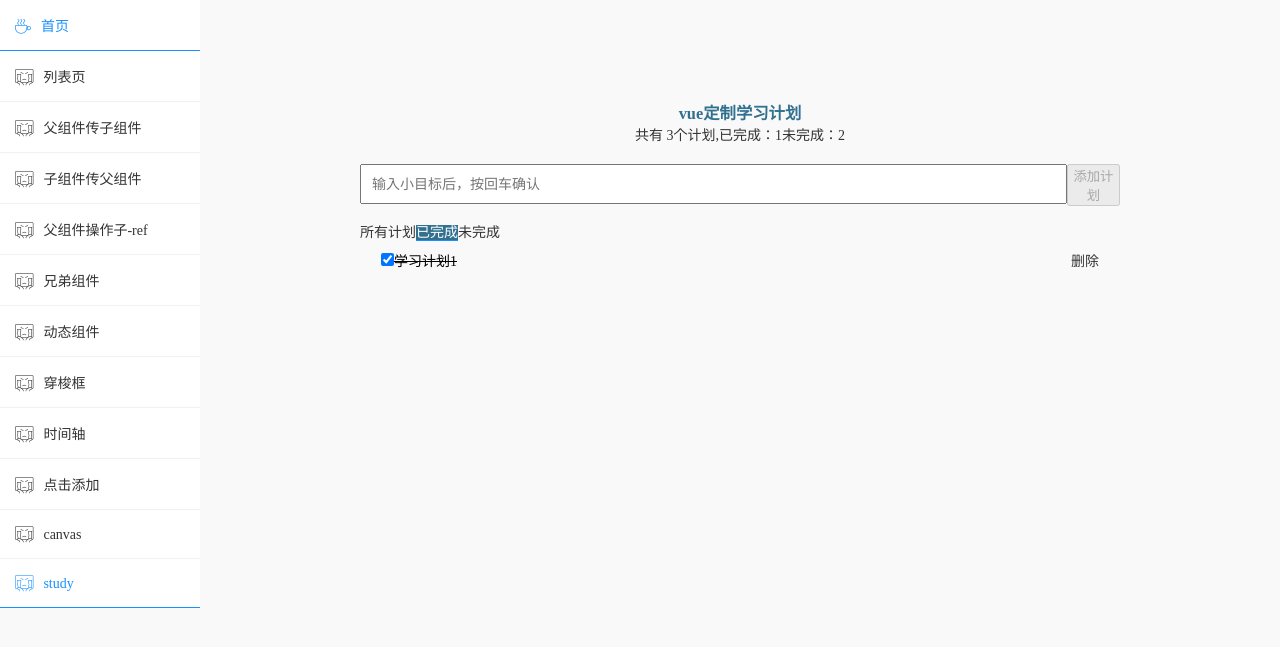
Repository: Serendipity-Zhang/vue-cli4
Page: /study
These files come from the project's save history. The page is drawn as it stood at one moment and after the next save; the edit follows.
The browser window is 1280 px wide. The pictures show the whole page.
The project was rebuilt for these pictures with package versions that can differ from the ones it lists, and the page was loaded fresh each time. Also part of the build but not shown: vue.config.js, src/views/Nav.vue, src/router/routes.js, src/layout/components/Nav.vue.

Above is the page before, as saved 2020-05-24 14:55:10.

### src/App.vue
<template>
  <div id="app">
    <!-- 左侧内容 -->
    <!-- <Nav /> -->
    <!-- 右侧内容 -->
    <!-- <div> -->
      <!-- 展示的出口 -->
      <!-- $route.meta.keepAlive 通过路由meta 为true的值 进行缓存 -->
      <!-- <keep-alive v-if="$route.meta.keepAlive">   -->
        <!-- 匹配路由缓存 -->
         <router-view />
      <!-- </keep-alive> -->

    <!-- </div> -->
  </div>
</template>

<script>
import Nav from './views/Nav.vue'; //导入

export default {
  name: 'App',
  data(){
    return {

    }
  },
  method:{

  },
  components:{  //组件
    Nav
  }

}
</script>

<style>
 @import './assets/css/index.css';
 #app {
   height:100%;
 }

</style>

### src/assets/css/index.css
* {
    padding: 0px;
    margin: 0px;
}
ul {
    list-style-type: none;
}

a {
    color: #333;
    text-decoration: none;
}
body {
    font-size: 14px;
    background-color: #f9f9f9;
}
body,html{
    width:100%;
    height:100%;
}
.tree {
    width: 200px;
    height: 100%;
    background: #fff;
    float: left;
}
.tree> ul {
    height: 100%;
}
.p_title {
    color: #333;
    display: block;
    padding: 15px;
    cursor:pointer;
    border-bottom: 1px solid #f1f1f1;
}
.selected {
    color: #1890ff;
    border-bottom: 1px solid #1890ff;
}
.p_title> i{
    padding-right:10px;
}
.p_title b{
    float: right;
    transition:all ease 1s;
    -webkit-transition:all ease 1s;
    -o-transition:all ease 1s;
    -moz-transition:all ease 1s;
    -ms-transition:all ease 1s;
}
.up {
    transform:rotate(0deg);
}
.down {
    transform:rotate(180deg);
}
.p_title:hover {
    color: #1890ff;
    border-bottom: 1px solid #1890ff;
}

.c_item a {
    display: block;
    padding: 10px 20px 10px 40px;
    background: #fff;
    color: #333;
    cursor:pointer;
}

.c_item a:hover {
    color: #1890ff;
    background: #e6f7ff;
    border-right: 4px solid #1890ff;
}

.banner {
    position: relative;
    float:left;
}
.banner .banner-circle {
    position: absolute;
    bottom: 5px;
    left: 0;
    right: 0;
    color: #fff;
}
.banner .banner-circle li{
    display:inline-block;
    background: rgba(0,0,0,.3);
    border-radius: 50%;
    padding:5px;
    margin:2px;
}
.banner .banner-circle ul {
    text-align: center;
}
.banner .banner-circle .selected {
    background: rgba(0,0,0,.8);
}
.banner img {
    max-width: 100%;
    margin: 0;
    padding: 0;
}

### src/layout/index.vue
<template>
  <div>
      <el-container>
        <el-aside width="200px">
            <!-- 左侧导航 -->
            <Sidebar />
        </el-aside>
        <el-container>
            <el-header>
                <!-- 面包屑 -->
                <!-- <Nav /> -->
            </el-header>
            <el-main>
                <!-- 右侧主内容 -->
                <Main />
            </el-main>
        </el-container>
    </el-container>
  </div>
</template>

<script>
import {Sidebar,Nav,Main} from './components'
// import Sidebar from './components/Sidebar';
// import Nav from './components/Nav';
// import Main from './components/Main';

export default {
  data () {
    return {

    }
  },
  components:{
      Sidebar,
      Nav,
      Main
  }
}
</script>

<!-- Add "scoped" attribute to limit CSS to this component only -->
<style  lang="scss">

// .el-header, .el-footer {
//     background-color: #B3C0D1;
//     color: #333;
//     text-align: center;
//     line-height: 60px;
//   }

//   .el-aside {
//     background-color: #D3DCE6;
//     color: #333;
//     text-align: center;
//     line-height: 200px;
//   }

//   .el-main {
//     background-color: #E9EEF3;
//     color: #333;
//     text-align: center;
//     line-height: 160px;
//   }

//   body > .el-container {
//     margin-bottom: 40px;
//   }

//   .el-container:nth-child(5) .el-aside,
//   .el-container:nth-child(6) .el-aside {
//     line-height: 260px;
//   }

//   .el-container:nth-child(7) .el-aside {
//     line-height: 320px;
//   }
</style>

### src/views/study/index.vue
<!-- 组件说明 -->
<template>
  <div class="main">
    <div class="panel panel-info" style="margin:20px;">
      <!-- 头部 text-->
      <div class="panel-heading">
        <h1>vue定制学习计划</h1>
        <div>
          <a
            >共有 <span class="badge">{{ items.length }}</span
            >个计划,</a
          >
          <a
            >已完成：<span class="badge">{{ completed }}</span></a
          >
          <a
            >未完成：<span class="badge">{{
              items.length - completed
            }}</span></a
          >
        </div>
      </div>
      <!-- 内容 -->
      <div class="panel-body">
        <div
          class="input-group"
          style="display:flex;
    justify-content: space-between;"
        >
          <input
            type="text"
            class="form-control text-keyword"
            placeholder="输入小目标后，按回车确认"
            v-model="input"
          />
          <span class="input-group-btn">
            <button class="btn btn-primary" @click="add()" :disabled="!input">
              添加计划
            </button>
          </span>
        </div>
        <div class="btn-group btn-group-justified">
          <a
            class="btn btn-default"
            :class="cur == 1 ? 'selected' : ''"
            @click="filterItem(1)"
            >所有计划</a
          >
          <a
            class="btn btn-default"
            :class="cur == 2 ? 'selected' : ''"
            @click="filterItem(2)"
            >已完成</a
          >
          <a
            class="btn btn-default"
            :class="cur == 3 ? 'selected' : ''"
            @click="filterItem(3)"
            >未完成</a
          >
        </div>

        <ul class="list-group">
          <li class="list-group-item" v-for="(v, i) in newItems" :key="i">
            <input type="checkbox" v-model="v.check" />
            <span :class="v.check ? 'line-through' : ''">{{ v.name }}</span>
            <a class="badge" @click="del(v)">删除</a>
          </li>
        </ul>
      </div>
    </div>
  </div>
</template>

<script>
//import x from ''
export default {
  components: {},
  data() {
    return {
      input: "",
      cur: 2,
      items: [
        { name: "学习计划1", check: true },
        { name: "学习计划2", check: false },
        { name: "学习计划3", check: false },
      ],
      newItems: [],
    };
  },
  computed: {
    completed() {
      return this.items.filter((item) => item.check).length;
    },
  },
  methods: {
    add() {
      //添加数据
      if (!this.input) return;
      this.items.unshift({ name: this.input, check: false });
      this.input = ""; //清除数据
    },
    del(v) {
      //删除数据
      // this.items.splice(i,1);
      //findIndex
      var i = this.items.findIndex(function(item) {
        return item.name == v.name;
      });
      this.items.splice(i, 1);
      this.filterItem(this.cur);
    },
    filterItem(n) {
      //筛选数据
      this.cur = n;
      switch (n) {
        case 2:
          this.newItems = this.items.filter((item) => item.check);
          break;
        case 3:
          this.newItems = this.items.filter((item) => !item.check);
          break;
        default:
          this.newItems = this.items;
      }
    },
  },
  mounted() {
    this.filterItem(this.cur);
  },
  beforeCreate() {}, //生命周期 - 创建之前
  beforeMount() {}, //生命周期 - 挂载之前
  beforeUpdate() {}, //生命周期 - 更新之前
  updated() {}, //生命周期 - 更新之后
  beforeDestroy() {}, //生命周期 - 销毁之前
  destroyed() {}, //生命周期 - 销毁完成
  activated() {}, //如果页面有keep-alive缓存功能，这个函数会触发
};
</script>

<style scoped>
input {
  font-size: 14px;
}
.hidden {
  display: none;
}
.main {
  width: 800px;
  margin: 0 auto;
}
li {
  list-style-type: none;
  line-height: 40px;
  position: relative;
  border: 1px solid transparent;
  padding: 0 20px;
}
li .status-span {
  display: block;
  width: 10px;
  height: 10px;
  background: #ccc;
  margin: 14px 10px 0 0;
  float: left;
}
li .status-span.status-end {
  background: #09f;
}
li .close {
  position: absolute;
  color: #f00;
  font-size: 20px;
  line-height: 40px;
  height: 40px;
  right: 20px;
  cursor: pointer;
  display: none;
  top: 0;
}
li:hover {
  background: rgba(217, 237, 247, 0.5);
}
li:hover .close {
  display: block;
}

li .text-keyword {
  width: 300px;
  height: 40px;
  padding-left: 10px;
  box-sizing: border-box;
  margin-left: 10px;
  width: 80%;
  display: none;
}
.text-keyword {
  box-sizing: border-box;
  width: 100%;
  height: 40px;
  padding-left: 10px;
  outline: none;
}
li .badge {
  float: right;
}
.panel-heading {
  text-align: center;
}
.panel-heading h1 {
  color: #31708f;
}
.input-group {
  margin-top: 20px;
  margin-bottom: 15px;
}
.line-through {
  text-decoration: line-through;
}
.btn-group .btn-default.selected {
  background: #31708f;
  color: #fff;
}
</style>

### src/layout/components/Sidebar.vue
<template>
  <div class="tree">
      <ul>
        <li class="p_item" v-for="(v,i) in items" :key="i">
          <router-link :to="v.url"
              class="p_title"
              @click="n=i">
            <i class="iconfont" :class="v.icon"></i>{{v.name}}
          </router-link>
        </li>
      </ul>
    </div>
</template>

<script>
export default {
  name:'',
  data(){
    return{
      n:1,
      items:[
          {
              name:'首页',
              icon:'icon-shenghuo',
              url:'/home'
          },
          {
              name:'列表页',
              icon:'icon-biaoqingleiben',
              url:'/list',
              child:[{name:'列表详情',url:'/list/toFather'}]
          },
          {
              name:'父组件传子组件',
              icon:'icon-biaoqingleiben',
              url:'/toSon'
          },
          {
              name:'子组件传父组件',
              icon:'icon-biaoqingleiben',
              url:'/toFather'
          },
          {
              name:'父组件操作子-ref',
              icon:'icon-biaoqingleiben',
              url:'/actionSon'
          },
          {
              name:'兄弟组件',
              icon:'icon-biaoqingleiben',
              url:'/brother'
          },
           {
              name:'动态组件',
              icon:'icon-biaoqingleiben',
              url:'comp1'
          },
          {
              name:'穿梭框',
              icon:'icon-biaoqingleiben',
              url:'/transfer'
          },
          {
              name:'时间轴',
              icon:'icon-biaoqingleiben',
              url:'/timeLine'
          },
          {
              name:'点击添加',
              icon:'icon-biaoqingleiben',
              url:'/AddFriend'
          },
          {
              name:'canvas',
              icon:'icon-biaoqingleiben',
              url:'/canvas'
          },
          {
              name:'study',
              icon:'icon-biaoqingleiben',
              url:'/study'
          }
      ]
    }
  }
}
</script>

<style>

</style>

### src/layout/components/Main.vue
<template>
        <router-view />
</template>

<script>
export default {
  data () {
    return {

    }
  }
}
</script>

<!-- Add "scoped" attribute to limit CSS to this component only -->
<style  lang="scss">

</style>

Loaded but not shown: public/index.html (common file); src/store/index.js (common file); src/router/index.js (34 lines, source omitted); src/main.js (29 lines, source omitted); src/layout/components/index.js (3 lines, source omitted); src/assets/font/iconfont.css (66 lines, source omitted)

After the next save:
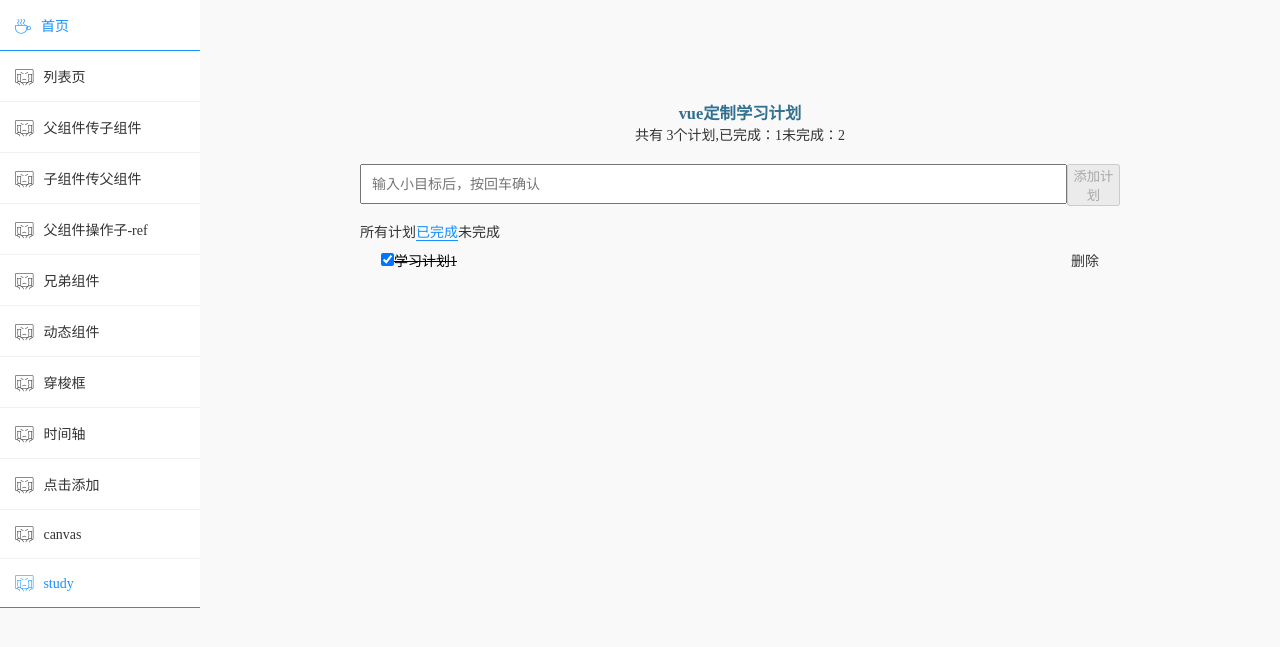
Saved 23 s later.
--- a/src/views/study/index.vue
+++ b/src/views/study/index.vue
@@ -217,8 +217,8 @@ li .badge {
 .line-through {
   text-decoration: line-through;
 }
-.btn-group .btn-default.selected {
+/* .btn-group .btn-default.selected {
   background: #31708f;
   color: #fff;
-}
+} */
 </style>
